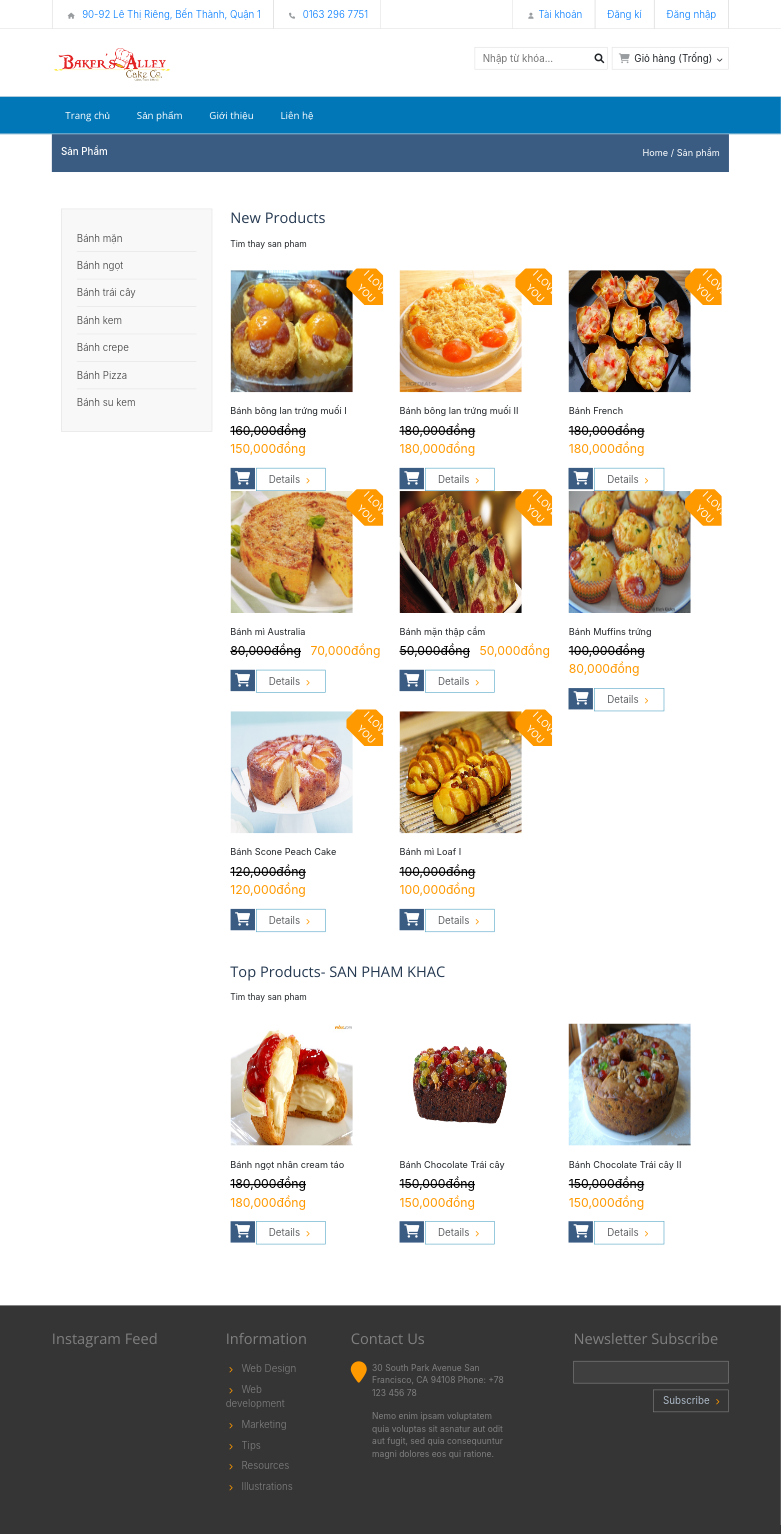
Repository: thidieu2005/Cake-Shop
Page: http://localhost/type-product/1
An editor plug-in stored every save of this project. The page is shown before and after the next save, followed by the edit.
The browser window is 1280 px wide. The pictures show the whole page, at 61% of full size.
Some web fonts or font styles are not loaded; a fallback is used. Some web libraries are served in a nearby version. The page is served by the project's Laravel application, run on PHP 8.4 with Laravel 10. The database holds what the project's SQL file puts in it.

Above is the page before, as saved 2025-03-18 08:40:46.

After the next save:
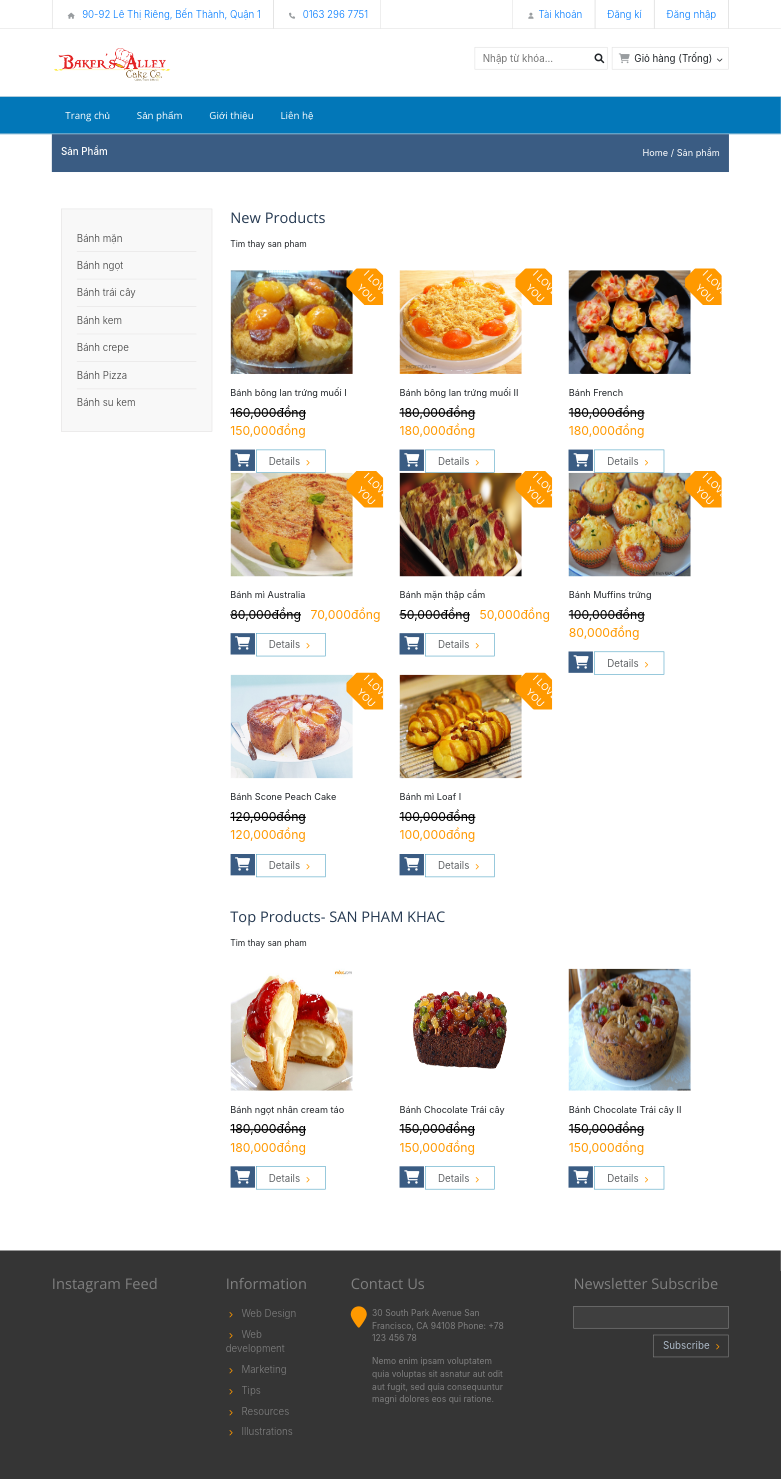
Saved 16 s later.
--- a/resources/views/page/loai_sanpham.blade.php
+++ b/resources/views/page/loai_sanpham.blade.php
@@ -68,7 +68,7 @@
                                     </div>
                                     @endif
                                     <div class="single-item-header">
-                                        <a href="product.html"><img width="200" height="200" src="/source/image/product/{{$sp->image}}" alt=""></a>
+                                        <a href="product.html"><img width="200" height="170" src="/source/image/product/{{$sp->image}}" alt=""></a>
                                     </div>
                                     <div class="single-item-body" style="font-size: 18px">
                                         <p class="single-item-title">{{$sp->name}}</p>
